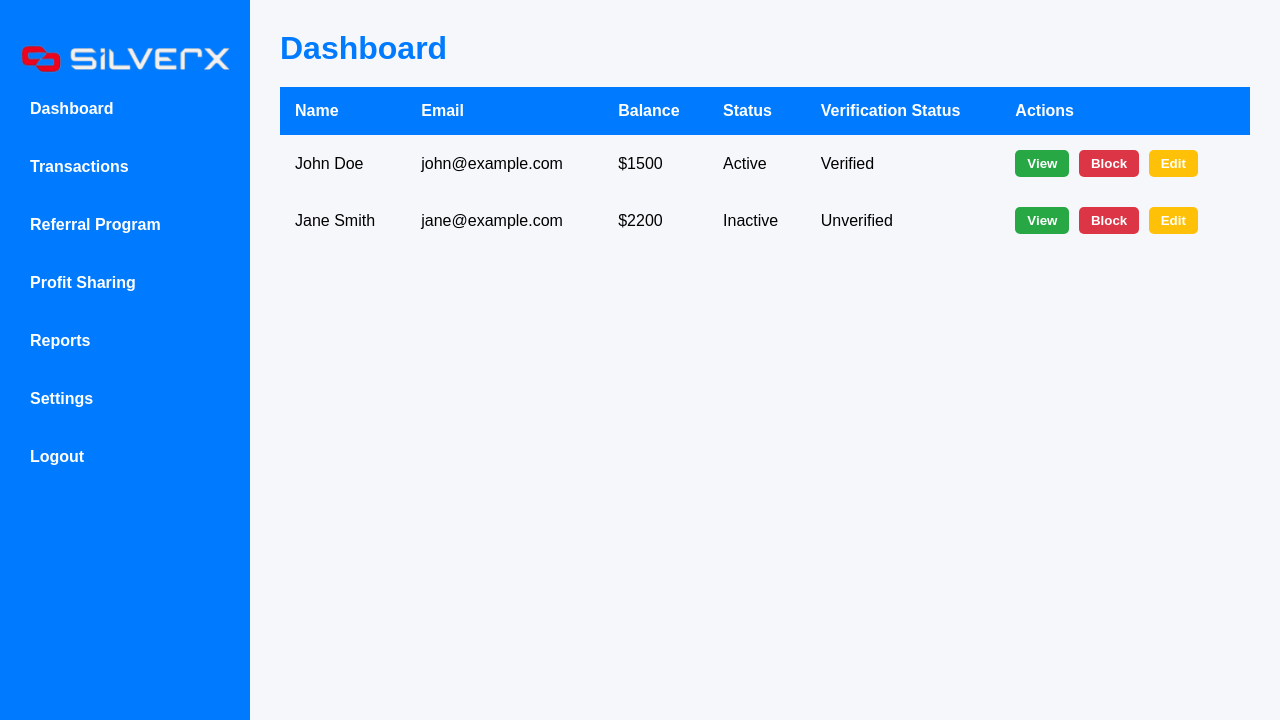
Repository: 2025silverx/slivedrX
Page: index.html
The author's editor kept a copy of each file at every save. The page is drawn from the files as they stood at one save, then again after the next save.
The browser window is 1280 px wide. The pictures show the whole page.

Above is the page before, as saved 2025-01-19 13:19:59.
Console error: SyntaxError: Cannot use import statement outside a module

After the next save:
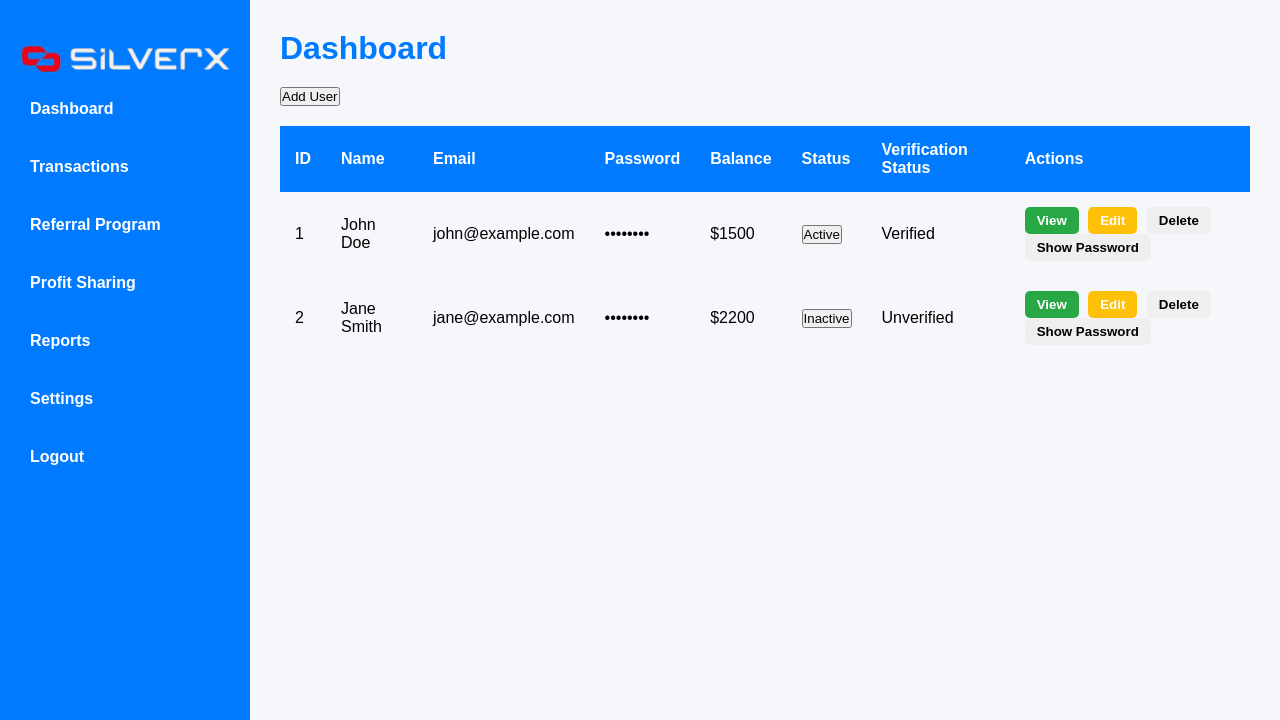
The error is gone.
Saved 4 min 15 s later.
--- a/index.html
+++ b/index.html
@@ -26,11 +26,14 @@
 
     <div class="main-content">
         <h1>Dashboard</h1>
+        <button onclick="addUser()" class="add-user-btn">Add User</button>
         <table>
             <thead>
                 <tr>
+                    <th>ID</th>
                     <th>Name</th>
                     <th>Email</th>
+                    <th>Password</th>
                     <th>Balance</th>
                     <th>Status</th>
                     <th>Verification Status</th>
@@ -39,34 +42,83 @@
             </thead>
             <tbody id="userTable">
                 <tr>
+                    <td>1</td>
                     <td>John Doe</td>
                     <td>john@example.com</td>
+                    <td>••••••••</td>
                     <td>$1500</td>
-                    <td>Active</td>
+                    <td><button class="status-btn active" onclick="toggleStatus(this)">Active</button></td>
                     <td>Verified</td>
                     <td>
-                        <button class="action-btn view" onclick="viewUser()">View</button>
-                        <button class="action-btn block" onclick="blockUser()">Block</button>
-                        <button class="action-btn edit" onclick="editUser()">Edit</button>
+                        <button class="action-btn view" onclick="viewUser(1)">View</button>
+                        <button class="action-btn edit" onclick="editUser(1)">Edit</button>
+                        <button class="action-btn delete" onclick="deleteUser(1)">Delete</button>
+                        <button class="action-btn show-password" onclick="showPassword(this, 'password1')">Show Password</button>
                     </td>
                 </tr>
                 <tr>
+                    <td>2</td>
                     <td>Jane Smith</td>
                     <td>jane@example.com</td>
+                    <td>••••••••</td>
                     <td>$2200</td>
-                    <td>Inactive</td>
+                    <td><button class="status-btn inactive" onclick="toggleStatus(this)">Inactive</button></td>
                     <td>Unverified</td>
                     <td>
-                        <button class="action-btn view" onclick="viewUser()">View</button>
-                        <button class="action-btn block" onclick="blockUser()">Block</button>
-                        <button class="action-btn edit" onclick="editUser()">Edit</button>
+                        <button class="action-btn view" onclick="viewUser(2)">View</button>
+                        <button class="action-btn edit" onclick="editUser(2)">Edit</button>
+                        <button class="action-btn delete" onclick="deleteUser(2)">Delete</button>
+                        <button class="action-btn show-password" onclick="showPassword(this, 'password2')">Show Password</button>
                     </td>
                 </tr>
-                <!-- Additional rows can be added here -->
+                <!-- Additional rows can be dynamically added here -->
             </tbody>
         </table>
     </div>
 
-    <script src="script.js"></script>
+    <script>
+        function addUser() {
+            // Implement the logic to add a new user
+            alert('Add User button clicked.');
+        }
+
+        function viewUser(id) {
+            alert(`Viewing details for User ID: ${id}`);
+        }
+
+        function editUser(id) {
+            alert(`Editing details for User ID: ${id}`);
+        }
+
+        function deleteUser(id) {
+            const confirmDelete = confirm(`Are you sure you want to delete User ID: ${id}?`);
+            if (confirmDelete) {
+                alert(`User ID: ${id} deleted.`);
+            }
+        }
+
+        function toggleStatus(button) {
+            if (button.classList.contains('active')) {
+                button.classList.remove('active');
+                button.classList.add('inactive');
+                button.textContent = 'Inactive';
+            } else {
+                button.classList.remove('inactive');
+                button.classList.add('active');
+                button.textContent = 'Active';
+            }
+        }
+
+        function showPassword(button, passwordId) {
+            const passwordCell = button.closest('tr').querySelector('td:nth-child(4)');
+            if (button.textContent === 'Show Password') {
+                passwordCell.textContent = 'examplePassword'; // Replace with actual password logic
+                button.textContent = 'Hide Password';
+            } else {
+                passwordCell.textContent = '••••••••';
+                button.textContent = 'Show Password';
+            }
+        }
+    </script>
 </body>
 </html>
